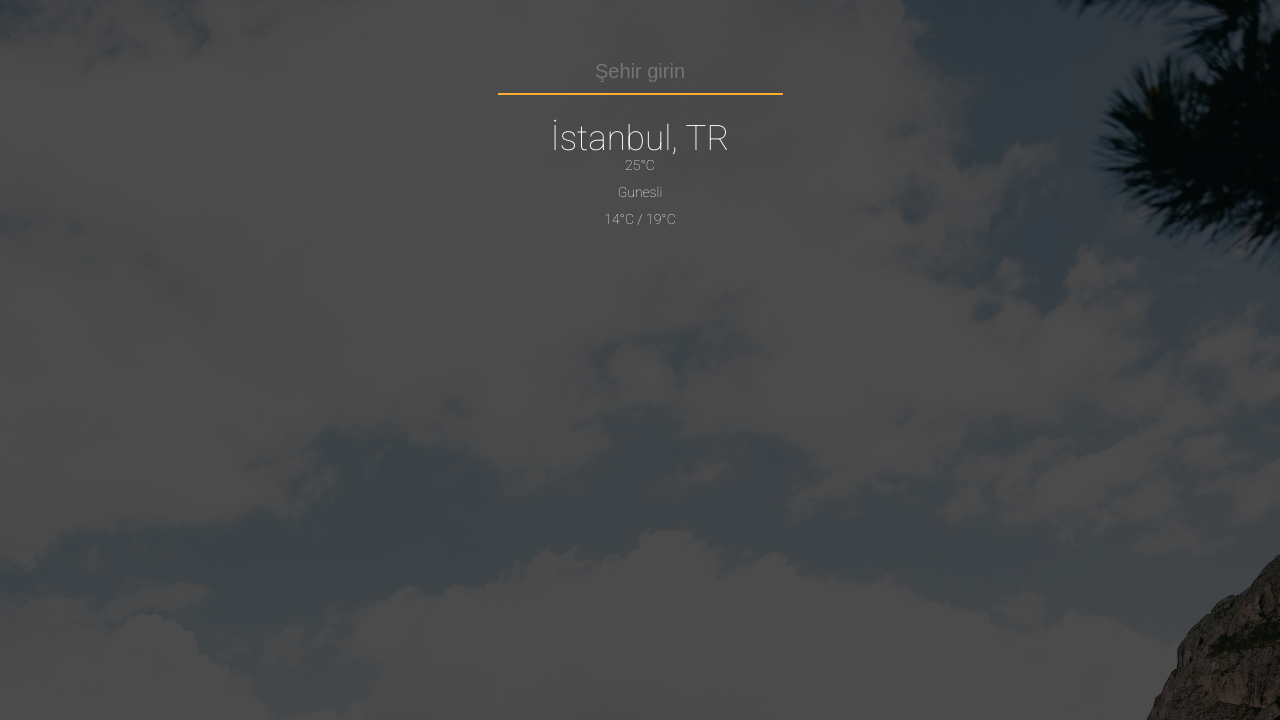
Repository: DogukanSAVA/havadurumu
Page: index.html
An editor plug-in stored every save of this project. The page is shown before and after the next save, followed by the edit.
The browser window is 1280 px wide. The pictures show the whole page.

Above is the page before, as saved 2021-09-16 12:01:44.

After the next save:
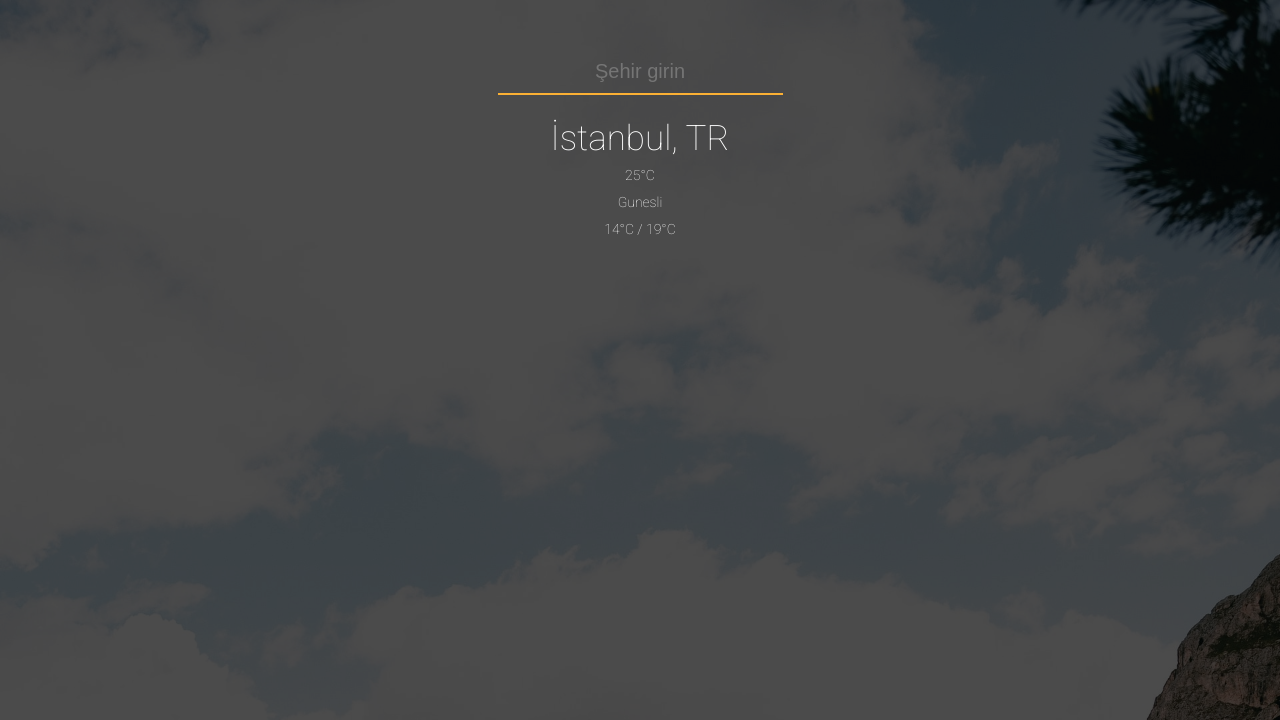
Saved 22 s later.
--- a/style.css
+++ b/style.css
@@ -27,27 +27,29 @@ body {
   height: 100vh;
 }
 
-.header{padding: 50px 20px 30px 20px;}
-.header h1{
-          font-size: 50px;
-          color: #fbb034;
-          text-shadow: 1px 3px rgba(0,0,0,.9)
+.header {
+  padding: 50px 20px 30px 20px;
+}
+.header h1 {
+  font-size: 50px;
+  color: #fbb034;
+  text-shadow: 1px 3px rgba(0, 0, 0, 0.9);
 }
 
-.header input{
-          width: 100%;
-          padding: 10px;
-          background: transparent;
-          border: 0;
-          outline: 0;
-          border-bottom: 2px solid #fbb034;
-          text-align: center;
-          font-size: 20px;
-          color: #f2f2f2;
-
+.header input {
+  width: 100%;
+  padding: 10px;
+  background: transparent;
+  border: 0;
+  outline: 0;
+  border-bottom: 2px solid #fbb034;
+  text-align: center;
+  font-size: 20px;
+  color: #f2f2f2;
 }
 
-.city{
-          font-size: 35px;
-font-weight: 500;
+.city {
+  font-size: 35px;
+  font-weight: 500;
+  margin-bottom: 10px;
 }
